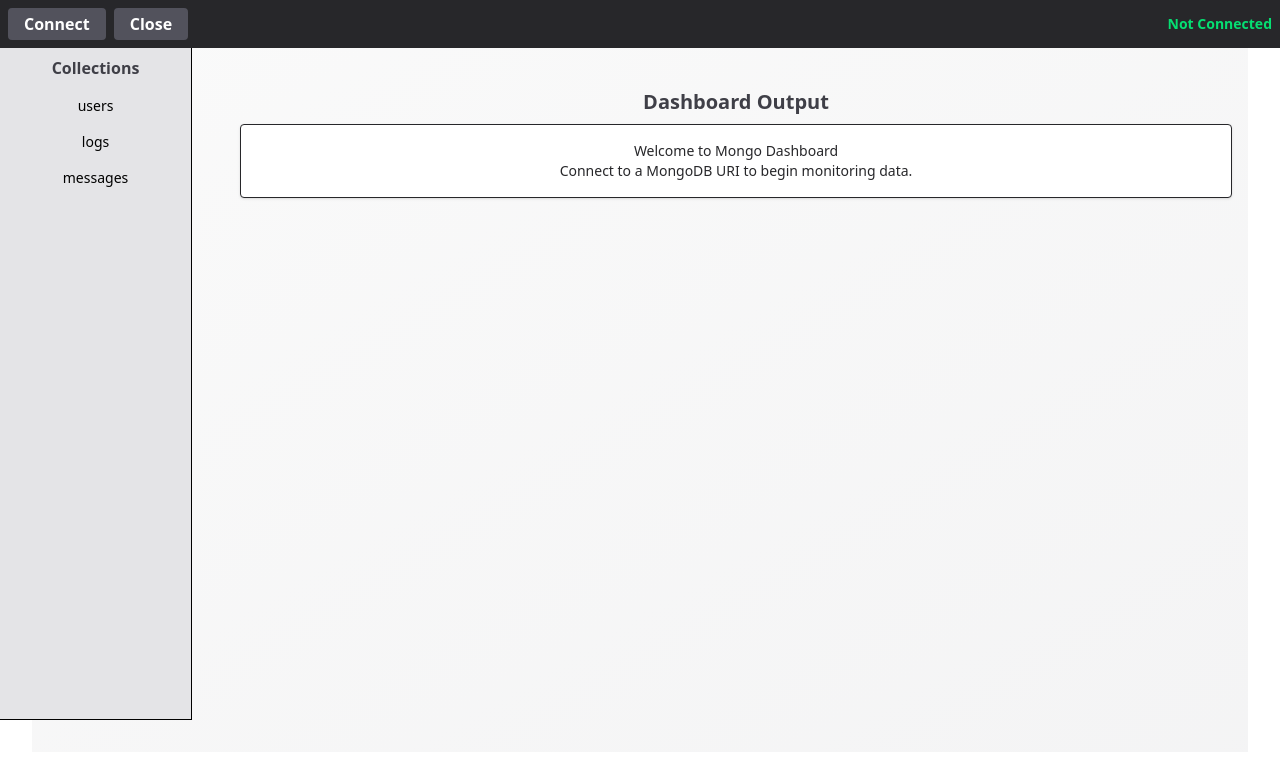
Repository: aryan151pratap/Dashboard
Page: / (app in frontened/)
An editor plug-in stored every save of this project. The page is shown before and after the next save, followed by the edit.
The browser window is 1280 px wide. The pictures show the whole page.
The project was rebuilt for these pictures with package versions that can differ from the ones it lists, and the page was loaded fresh each time. Also part of the build but not shown: frontened/vite.config.js, frontened/src/component/connect.jsx.

Above is the page before, as saved 2025-06-24 13:55:38.

### frontened/index.html
<!doctype html>
<html lang="en">
  <head>
    <meta charset="UTF-8" />
    <link rel="icon" type="image/svg+xml" href="/vite.svg" />
    <meta name="viewport" content="width=device-width, initial-scale=1.0" />
    <title>Dashboard</title>
    <script src="https://cdn.jsdelivr.net/npm/@tailwindcss/browser@4"></script>

  </head>
  <body>
    <div id="root"></div>
    <script type="module" src="/src/main.jsx"></script>
  </body>
</html>

### frontened/src/App.jsx
import { useState } from 'react'
import './App.css'
import Dashboard from './component/dashboard'

function App() {

  return (
    <>
    <div className='h-screen w-full'>
      <Dashboard/>
    </div>
    </>
  )
}

export default App

### frontened/src/component/dashboard.jsx
import Bar from "./bar";

function Dashboard(){
	return(
		<>
		<div className="h-full w-full bg-gradient-to-br from-zinc-50 to-zinc-100">
			<Bar/>
		</div>
		</>
	)
}

export default Dashboard;

### frontened/src/component/bar.jsx
import { useState } from "react";
import Connect from "./connect";

function Bar() {
  const [buttons] = useState(["connect", "close"]);
  const [showModal, setShowModal] = useState(false);
  const [uri, setUri] = useState("");
  const [connected, setConnected] = useState(false);

  return (
    <div>
		{/* Top Navbar */}
		<div className="w-full fixed top-0 left-0 flex justify-between items-center p-2 bg-zinc-800 text-white z-10">
			<div className="flex gap-2">
			{buttons.map((i, index) => (
				<button
				key={index}
				onClick={() => i === "connect" && setShowModal(true)}
				className="capitalize font-semibold bg-zinc-600 px-4 py-1 rounded hover:bg-zinc-700"
				>
				{i}
				</button>
			))}
			</div>
			<p className="font-semibold text-green-400 text-sm">
			{connected ? "Connected" : "Not Connected"}
			</p>
		</div>

		<div className="h-screen flex sm:flex-col md:flex-col flex-row">
			<div className="h-fit sm:h-full w-full pt-12 sm:w-48 bg-zinc-200 sm:fixed left-0 top-0 border-b sm:border-r">
				<p className="text-center font-bold p-2 text-zinc-700">Collections</p>
				<ul className="px-4 text-sm flex sm:flex-col flex-row gap-4 py-2">
					<li className="hover:underline cursor-pointer">users</li>
					<li className="hover:underline cursor-pointer">logs</li>
					<li className="hover:underline cursor-pointer">messages</li>
				</ul>
			</div>

			{/* Main Content */}
			<div className="sm:ml-48 pt-14 p-4">
				<h1 className="text-xl font-bold mb-2 text-zinc-700">Dashboard Output</h1>
				<div className="bg-white p-4 border rounded shadow text-sm text-zinc-800">
				<p>Welcome to Mongo Dashboard</p>
				<p>Connect to a MongoDB URI to begin monitoring data.</p>
				</div>
			</div>
		</div>

		{/* Connect Modal */}
		{showModal && (
			<Connect
				uri={uri}
				setUri={setUri}
				setConnected={setConnected}
				setShowModal={setShowModal}
			/>
		)}
    </div>
  );
}

export default Bar;

Loaded but not shown: frontened/src/main.jsx (common file); frontened/src/App.css (common file)

After the next save:
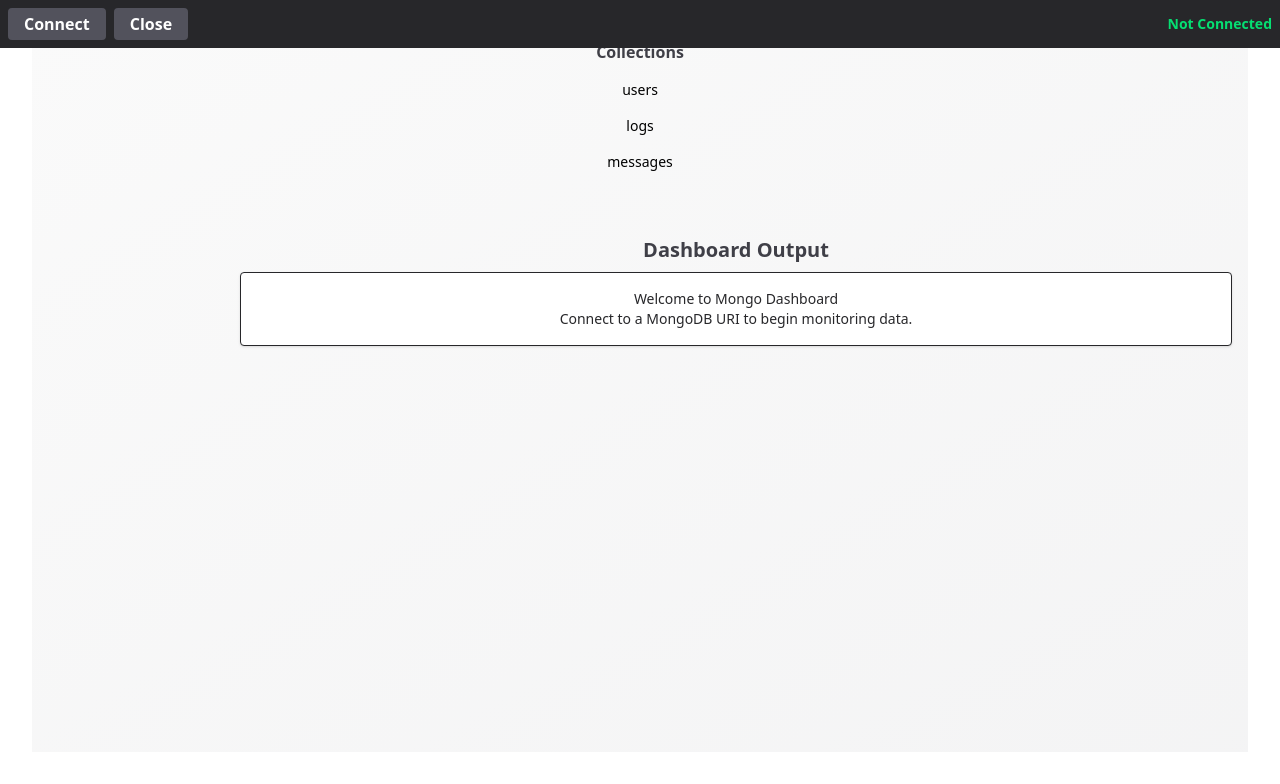
Saved 102 s later.
--- a/frontened/src/component/bar.jsx
+++ b/frontened/src/component/bar.jsx
@@ -28,7 +28,7 @@
 		</div>
 
 		<div className="h-screen flex sm:flex-col md:flex-col flex-row">
-			<div className="h-fit sm:h-full w-full pt-12 sm:w-48 bg-zinc-200 sm:fixed left-0 top-0 border-b sm:border-r">
+			<div className="=">
 				<p className="text-center font-bold p-2 text-zinc-700">Collections</p>
 				<ul className="px-4 text-sm flex sm:flex-col flex-row gap-4 py-2">
 					<li className="hover:underline cursor-pointer">users</li>

After the 2 saves that followed:
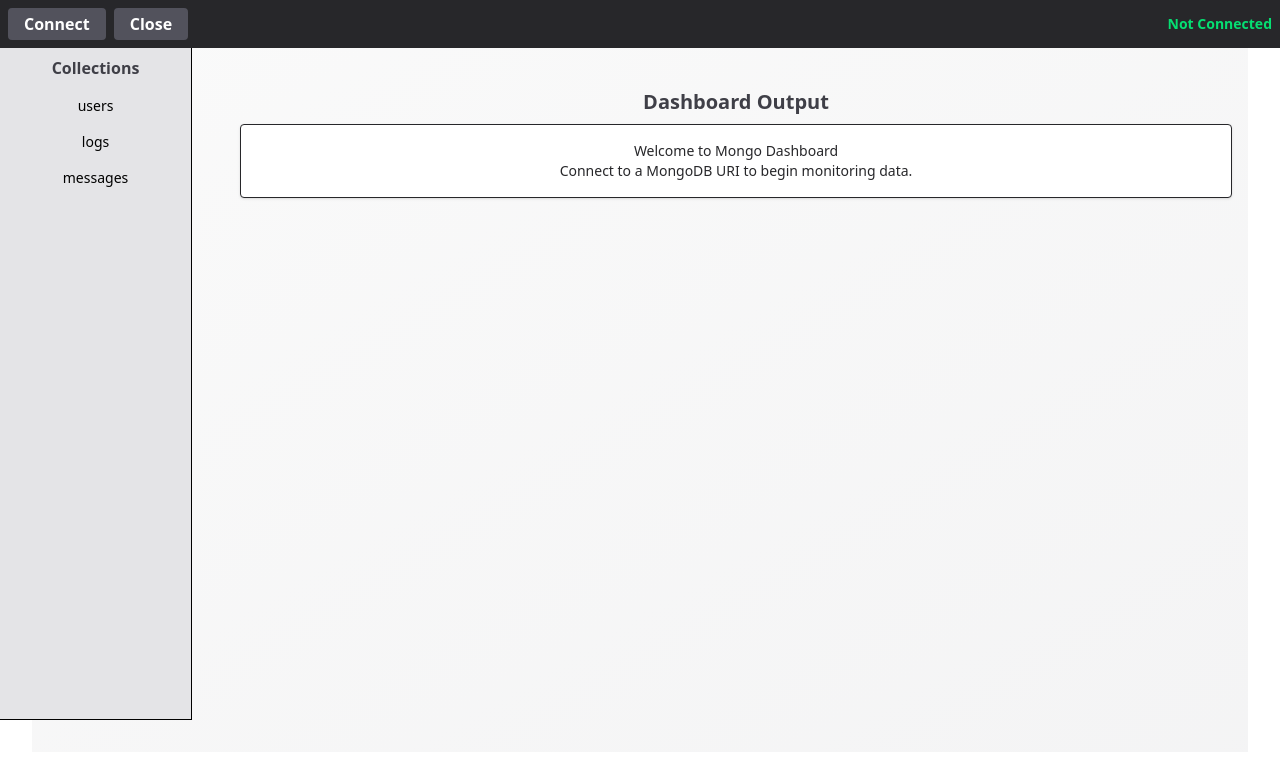
The 2 saves are shown as one change because 1 left the picture as it was.
The last was saved 28 s later.
--- a/frontened/src/component/bar.jsx
+++ b/frontened/src/component/bar.jsx
@@ -28,7 +28,7 @@
 		</div>
 
 		<div className="h-screen flex sm:flex-col md:flex-col flex-row">
-			<div className="=">
+			<div className="h-fit sm:h-full w-full pt-12 sm:w-48 bg-zinc-200 sm:fixed left-0 top-0 border-b sm:border-r">
 				<p className="text-center font-bold p-2 text-zinc-700">Collections</p>
 				<ul className="px-4 text-sm flex sm:flex-col flex-row gap-4 py-2">
 					<li className="hover:underline cursor-pointer">users</li>
